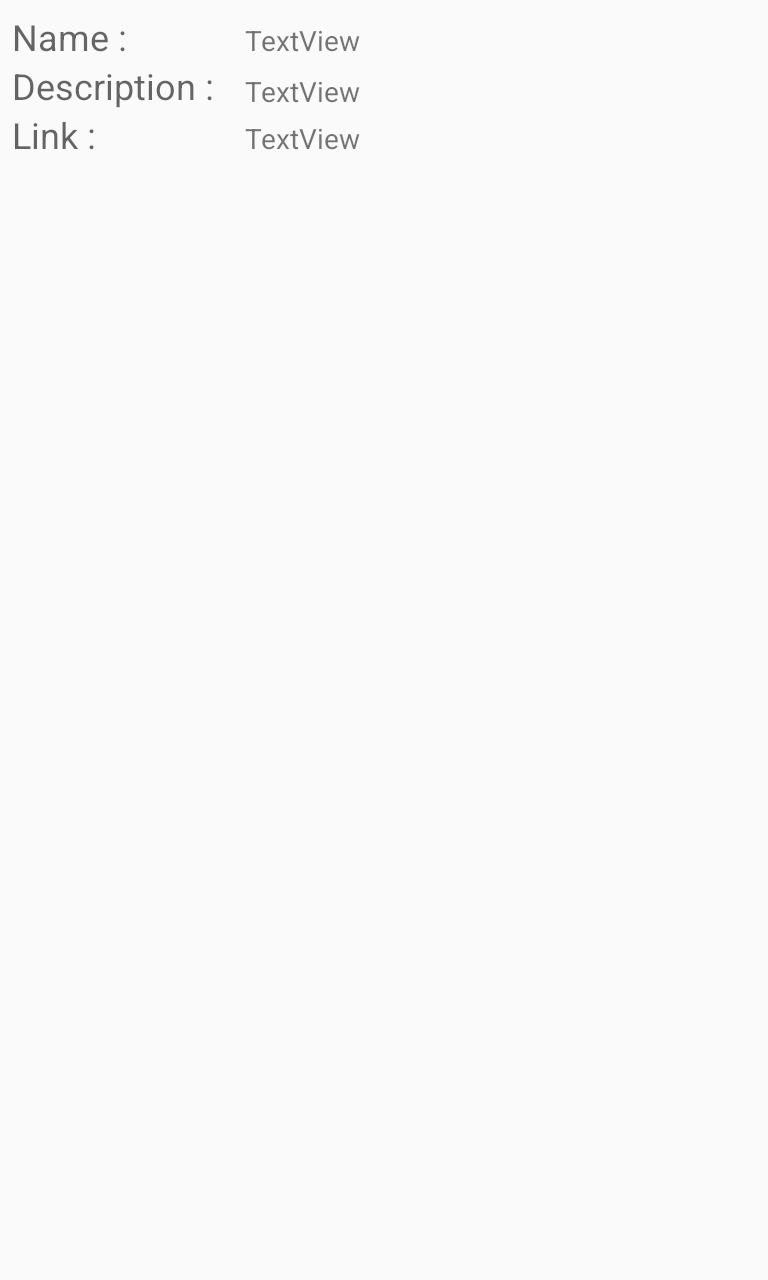
Repository: HAYKEL88/MASTER2_PFE
Layout: PFE_ANDROID/res/layout/objectifslist.xml
The author's editor kept a copy of each file at every save. The layout is drawn from the files as they stood at one save, then again after the next save.
It is drawn on a 768 x 1280 px phone screen (xhdpi) without system bars, with theme AppTheme; the app's code is not run.

Above is the layout before, as saved 2014-12-20 17:11:23.

### PFE_ANDROID/res/layout/objectifslist.xml
<?xml version="1.0" encoding="utf-8"?>
<RelativeLayout xmlns:android="http://schemas.android.com/apk/res/android"
    android:layout_width="fill_parent"
    android:layout_height="wrap_content"
    android:orientation="vertical"
    android:padding="6dip" >

    <TextView
        android:id="@+id/tvWelcomeUser"
        android:layout_width="wrap_content"
        android:layout_height="wrap_content"
        android:layout_alignParentLeft="true"
        android:layout_alignParentTop="true"
        android:text="Name :"
        android:textAppearance="?android:attr/textAppearanceMedium" />

    <TextView
        android:id="@+id/textView2"
        android:layout_width="wrap_content"
        android:layout_height="wrap_content"
        android:layout_alignLeft="@+id/tvWelcomeUser"
        android:layout_below="@+id/tvWelcomeUser"
        android:text="Description :"
        android:textAppearance="?android:attr/textAppearanceMedium" />

    <TextView
        android:id="@+id/textView3"
        android:layout_width="wrap_content"
        android:layout_height="wrap_content"
        android:layout_alignLeft="@+id/textView2"
        android:layout_below="@+id/textView2"
        android:text="Link :"
        android:textAppearance="?android:attr/textAppearanceMedium" />

    <TextView
        android:id="@+id/tvServiceName"
        android:layout_width="wrap_content"
        android:layout_height="wrap_content"
        android:layout_alignBaseline="@+id/tvWelcomeUser"
        android:layout_alignBottom="@+id/tvWelcomeUser"
        android:layout_marginLeft="59dp"
        android:layout_toRightOf="@+id/tvWelcomeUser"
        android:text="TextView" />

    <TextView
        android:id="@+id/tvServiceDescription"
        android:layout_width="wrap_content"
        android:layout_height="wrap_content"
        android:layout_above="@+id/textView3"
        android:layout_alignLeft="@+id/tvServiceName"
        android:text="TextView" />

    <TextView
        android:id="@+id/tvServiceLink"
        android:layout_width="wrap_content"
        android:layout_height="wrap_content"
        android:layout_alignBaseline="@+id/textView3"
        android:layout_alignBottom="@+id/textView3"
        android:layout_alignLeft="@+id/tvServiceDescription"
        android:text="TextView" />

</RelativeLayout>

Loaded but not shown: PFE_ANDROID/res/values/styles.xml (common file); PFE_ANDROID/res/values-v11/styles.xml (common file); PFE_ANDROID/res/values-v14/styles.xml (common file)

After the next save:
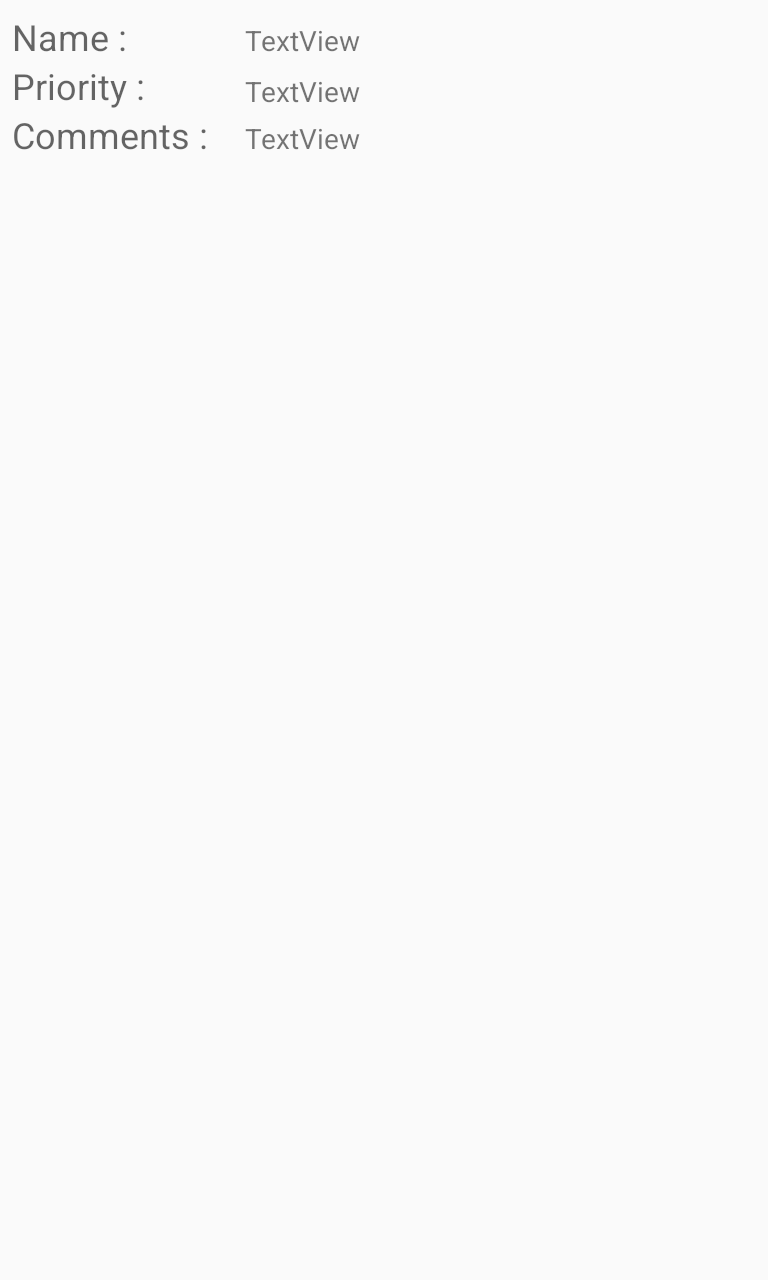
Saved 18 s later.
--- a/PFE_ANDROID/res/layout/objectifslist.xml
+++ b/PFE_ANDROID/res/layout/objectifslist.xml
@@ -20,7 +20,7 @@
         android:layout_height="wrap_content"
         android:layout_alignLeft="@+id/tvWelcomeUser"
         android:layout_below="@+id/tvWelcomeUser"
-        android:text="Description :"
+        android:text="Priority :"
         android:textAppearance="?android:attr/textAppearanceMedium" />
 
     <TextView
@@ -29,11 +29,11 @@
         android:layout_height="wrap_content"
         android:layout_alignLeft="@+id/textView2"
         android:layout_below="@+id/textView2"
-        android:text="Link :"
+        android:text="Comments :"
         android:textAppearance="?android:attr/textAppearanceMedium" />
 
     <TextView
-        android:id="@+id/tvServiceName"
+        android:id="@+id/tvObjectifName"
         android:layout_width="wrap_content"
         android:layout_height="wrap_content"
         android:layout_alignBaseline="@+id/tvWelcomeUser"
@@ -43,20 +43,20 @@
         android:text="TextView" />
 
     <TextView
-        android:id="@+id/tvServiceDescription"
+        android:id="@+id/tvObjectifPriority"
         android:layout_width="wrap_content"
         android:layout_height="wrap_content"
         android:layout_above="@+id/textView3"
-        android:layout_alignLeft="@+id/tvServiceName"
+        android:layout_alignLeft="@+id/tvObjectifName"
         android:text="TextView" />
 
     <TextView
-        android:id="@+id/tvServiceLink"
+        android:id="@+id/tvObjectifComments"
         android:layout_width="wrap_content"
         android:layout_height="wrap_content"
         android:layout_alignBaseline="@+id/textView3"
         android:layout_alignBottom="@+id/textView3"
-        android:layout_alignLeft="@+id/tvServiceDescription"
+        android:layout_alignLeft="@+id/tvObjectifPriority"
         android:text="TextView" />
 
 </RelativeLayout>
